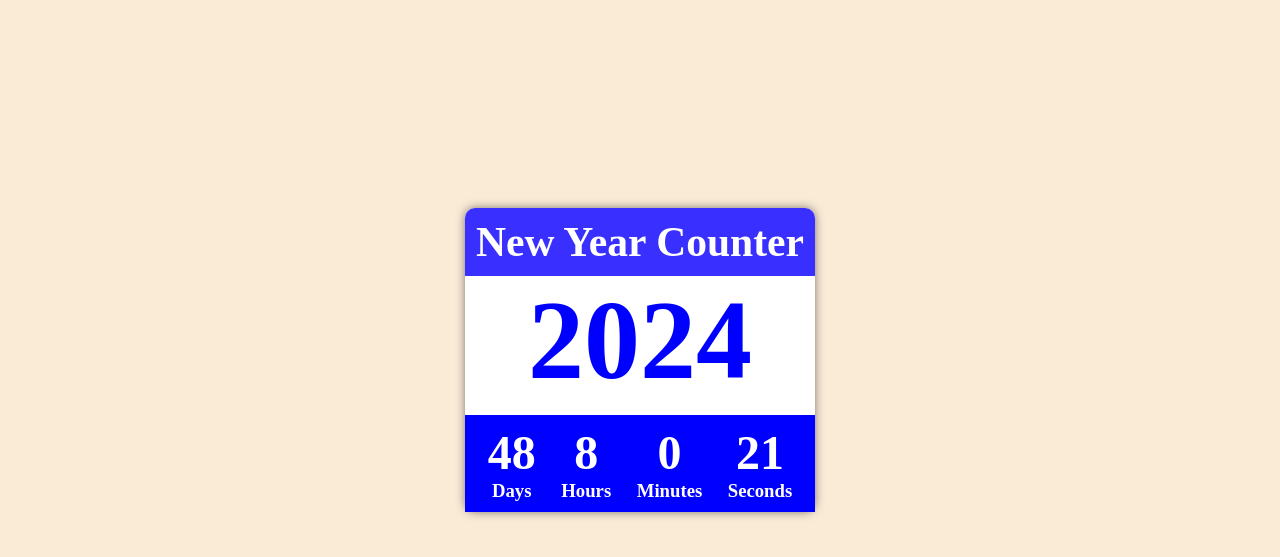
Repository: JunaidAnsari202/New-Year-counter
Page: index.html
The author's editor kept a copy of each file at every save. The page is drawn from the files as they stood at one save, then again after a run of saves.
The browser window is 1280 px wide. The pictures show the whole page.

Above is the page before, as saved 2024-11-13 16:09:38.

After the next 5 saves:
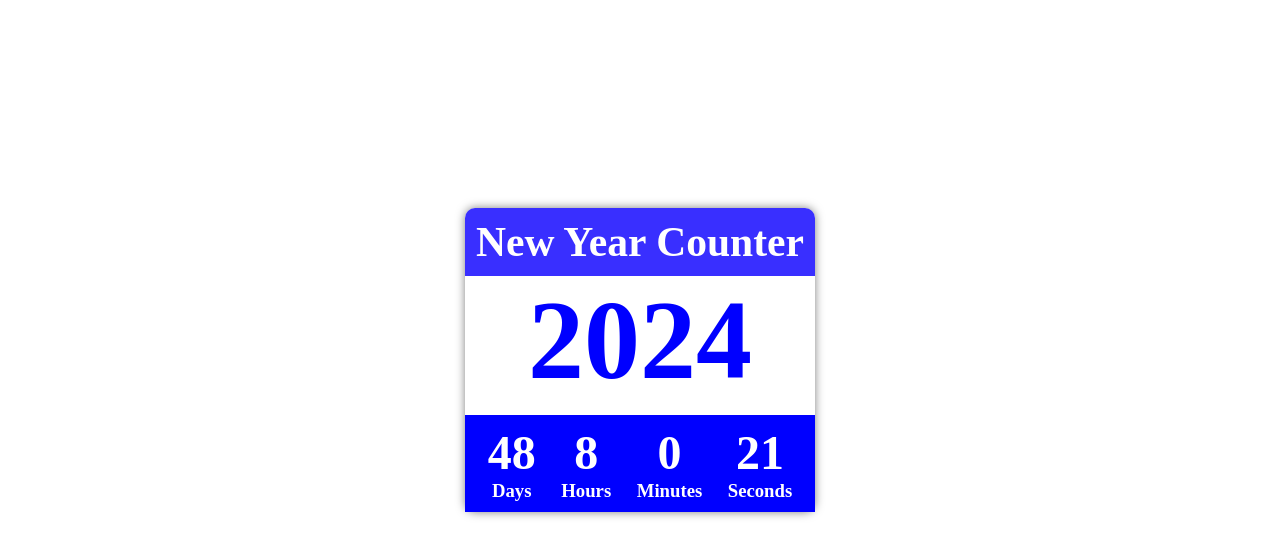
The 5 saves are shown as one change because they came seconds apart.
The last was saved 47 s later.
--- a/style.css
+++ b/style.css
@@ -5,7 +5,7 @@
 }
 
 body{
-    background-color: antiquewhite;
+    background-color: white;
     display: flex;
     justify-content: center;
     align-items: center;
